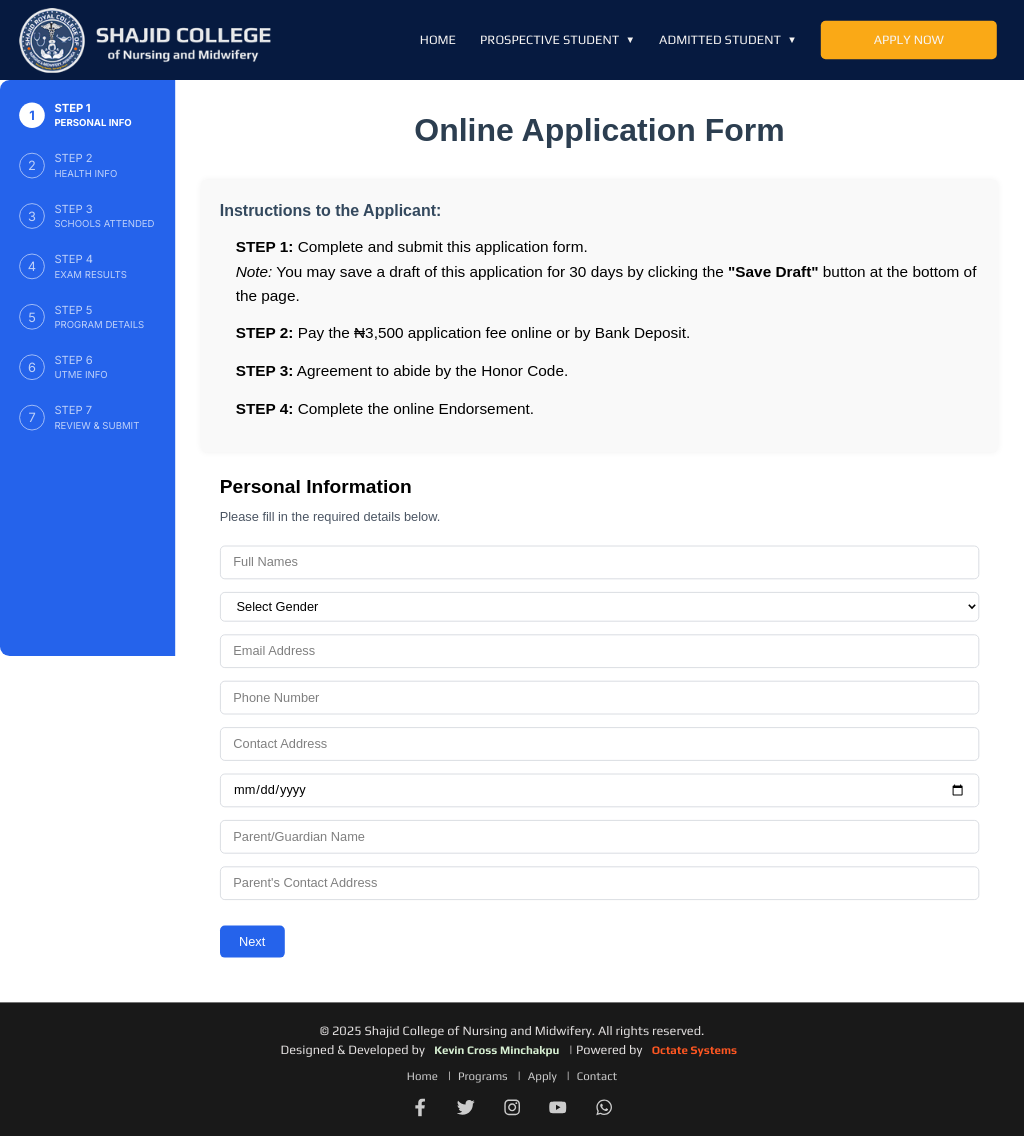
Repository: GlorifiedIntel/shajid-sms
Page: /apply
The author's editor kept a copy of each file at every save. The page is drawn from the files as they stood at one save, then again after the next save.
The browser window is 1280 px wide. The pictures show the whole page, at 80% of full size.
The project was rebuilt for these pictures with package versions that can differ from the ones it lists, and the page was loaded fresh each time. The framework's server and built-in components were replaced by stand-ins that run in the browser. Also part of the build but not shown: next.config.mjs.

Above is the page before, as saved 2025-07-04 12:35:26.

### src/app/layout.js
import { Inter } from 'next/font/google';
import { Play } from 'next/font/google';
import './globals.css';
import Navbar from '@/components/navbar/Navbar';
import Footer from '@/components/footer/Footer';
import '@/icons/fontawesome';


const inter = Inter({ subsets: ['latin'] });

const play = Play({
  subsets: ['latin'],
  weight: ['400', '700'],
  variable: '--font-play',
});

export const metadata = {
  title: 'Shajid College Student Management System',
  description:
    'This is a full-featured, responsive web application built using Next.js for Shajid College of Nursing and Midwifery.',
};

export default function RootLayout({ children }) {
  return (
    <html lang="en">
      <body className={inter.className}>
          <div className="container">
            <Navbar />
            {children}
            <Footer />
          </div>
        </body>
    </html>
  );
}

### src/app/apply/page.js
"use client";

import { FormProvider } from "@/context/FormContext";
import Sidebar from "@/components/Sidebar";
import PersonalInfo from "@/components/steps/PersonalInfo";
import Navbar from "@/components/navbar/Navbar";
import Footer from "@/components/footer/Footer";
import styles from "./applicationform.module.css";

export default function ApplyPage() {
  return (
    <>
      <FormProvider>
        <div className="min-h-screen flex items-start">
          <Sidebar />
          <div className={styles.applicationContainer}>
            <h1 className={styles.pageTitle}>Online Application Form</h1>

            <div className={styles.instructions}>
              <h2 className={styles.instructionsHeading}>Instructions to the Applicant:</h2>
              <ol>
                <li>
                  <strong>STEP 1:</strong> Complete and submit this application form.
                  <br />
                  <em>Note:</em> You may save a draft of this application for 30 days by clicking the{" "}
                  <strong>&quot;Save Draft&quot;</strong> button at the bottom of the page.
                </li>
                <li>
                  <strong>STEP 2:</strong> Pay the &#8358;3,500 application fee online or by Bank Deposit.
                </li>
                <li>
                  <strong>STEP 3:</strong> Agreement to abide by the Honor Code.
                </li>
                <li>
                  <strong>STEP 4:</strong> Complete the online Endorsement.
                </li>
              </ol>
            </div>

            <PersonalInfo />
            {/* Future steps can go here based on current step state */}
          </div>
        </div>
      </FormProvider>
     </>
  );
}

### src/app/globals.css
@import "tailwindcss";

:root {
    --bg: #fdfdff;
    --btn: #2A3D45;
    --primary: #0E103D;
    --secondary: #14453D;
    --delft-blue:#183059;
    --white-smoke:#F6F4F3;
    --indigo-dye: #124E78;
    --cream:#F0F0C9;
    --prussian-blue: #102B3F;
    --midnight-green:#003844;
    --caribbean-current:#006C67;
    --gunmetal:#122C34;
    --navbar-bg: #061A40;
    --jasper: #CD5334;
    --web-orange: #FAA916;
    --font-play: 'Play', sans-serif;
    --text: #333;
    --oxford-blue: #061A40;
    --eerie-blck: #1B1B1E;
    --carmine: #96031A;
}

* {
    margin: 0;
    padding: 0;
    box-sizing: border-box;
}

body {
    margin: 0;
    padding: 0;
}

a {
    color: inherit;
    text-decoration: none;

}

### src/components/navbar/Navbar.jsx
import React from 'react';
import Links from "./links/Links";
import styles from './navbar.module.css';

const Navbar = () => {
  return (
    <div className={styles.container}>
      <div className={styles.logo}>
        <img src="./logo.png" alt="Shajid College Logo" className={styles.logoImage} />
      </div>
      <div>
        <Links />
      </div>
    </div>
  );
};

export default Navbar;

### src/components/footer/Footer.jsx
import {
  FaFacebookF,
  FaTwitter,
  FaInstagram,
  FaYoutube,
  FaWhatsapp,
} from 'react-icons/fa';
import './Footer.css'; // Ensure you have a CSS file for styling

export default function Footer() {
  return (
    <footer className="site-footer">
      <div className="footer-content">
        <p>&copy; {new Date().getFullYear()} Shajid College of Nursing and Midwifery. All rights reserved.</p>

        <p>
  Designed & Developed by{' '}
  <a
    href="https://www.linkedin.com/in/kevin-cross-minchakpu-7897379a"
    target="_blank"
    rel="noopener noreferrer"
    className="kevin-link"
  >
    Kevin Cross Minchakpu
  </a>{' '}
  | Powered by{' '}
  <a
    href="https://octatesystems.github.io/OSNigeria/"
    target="_blank"
    rel="noopener noreferrer"
    className="octate-link"
  >
    Octate Systems
  </a>
</p>

        <nav className="footer-links">
          <a href="/">Home</a> |
          <a href="/programs">Programs</a> |
          <a href="/apply">Apply</a> |
          <a href="/contact">Contact</a>
        </nav>

        <div className="social-icons">
          <a href="https://facebook.com" target="_blank" rel="noopener noreferrer" aria-label="Facebook">
            <FaFacebookF />
          </a>
          <a href="https://twitter.com" target="_blank" rel="noopener noreferrer" aria-label="Twitter">
            <FaTwitter />
          </a>
          <a href="https://instagram.com" target="_blank" rel="noopener noreferrer" aria-label="Instagram">
            <FaInstagram />
          </a>
          <a href="https://youtube.com" target="_blank" rel="noopener noreferrer" aria-label="YouTube">
            <FaYoutube />
          </a>
          <a href="https://wa.me/2348012345678" target="_blank" rel="noopener noreferrer" aria-label="WhatsApp">
            <FaWhatsapp />
          </a>
        </div>
      </div>
    </footer>
  );
}

### src/icons/fontawesome.js
// src/icons/fontawesome.js
import { config } from '@fortawesome/fontawesome-svg-core';
import '@fortawesome/fontawesome-svg-core/styles.css';
config.autoAddCss = false;

### src/context/FormContext.js
"use client";
import { createContext, useContext, useState } from "react";

// Create context
const FormContext = createContext();

// Provider
export const FormProvider = ({ children }) => {
  const [step, setStep] = useState(1);
  const [formData, setFormData] = useState({});

  const next = () => setStep((s) => s + 1);
  const back = () => setStep((s) => s - 1);
  const updateData = (data) => setFormData((prev) => ({ ...prev, ...data }));

  return (
    <FormContext.Provider value={{ step, setStep, next, back, formData, updateData }}>
      {children}
    </FormContext.Provider>
  );
};

// Hook
export const useFormStep = () => useContext(FormContext);

### src/components/Sidebar.jsx
// components/Sidebar.jsx
"use client";
import styles from "./Sidebar.module.css";
import { useFormStep } from "@/context/FormContext";

const steps = [
  "Personal Info",
  "Health Info",
  "Schools Attended",
  "Exam Results",
  "Program Details",
  "UTME Info",
  "Review & Submit",
];

export default function Sidebar() {
  const { step } = useFormStep();

  return (
    <div className={styles.sidebar}>
      {steps.map((label, index) => {
        const isActive = step === index + 1;
        return (
          <div
            key={label}
            className={`${styles.stepItem} ${isActive ? styles.active : ""}`}
          >
            <div
              className={`${styles.stepCircle} ${
                isActive ? styles.active : ""
              }`}
            >
              {index + 1}
            </div>
            <div className={styles.stepText}>
              <div className={styles.stepNumber}>STEP {index + 1}</div>
              <div className={styles.stepLabel}>{label}</div>
            </div>
          </div>
        );
      })}
    </div>
  );
}

### src/components/steps/PersonalInfo.jsx
// components/steps/PersonalInfo.jsx
"use client";
import { useForm } from "react-hook-form";
import { zodResolver } from "@hookform/resolvers/zod";
import { useFormStep } from "@/context/FormContext";
import * as z from "zod";
import styles from "./PersonalInfo.module.css";

// Zod validation schema
const schema = z.object({
  fullName: z.string().min(3, "Full name is required"),
  gender: z.enum(["Male", "Female"], "Gender is required"),
  email: z.string().email("Invalid email address"),
  phone: z.string().min(7, "Phone number is required"),
  address: z.string().min(5, "Contact address is required"),
  dob: z.string().min(1, "Date of birth is required"),
  parentName: z.string().min(3, "Parent/Guardian name is required"),
  parentAddress: z.string().min(5, "Parent's contact address is required"),
});

export default function PersonalInfo() {
  const { updateData, next } = useFormStep();

  const {
    register,
    handleSubmit,
    formState: { errors },
  } = useForm({ resolver: zodResolver(schema) });

  const onSubmit = (data) => {
    updateData(data);
    next();
  };

  return (
    <form onSubmit={handleSubmit(onSubmit)} className={styles.form}>
      <h2 className={styles.heading}>Personal Information</h2>
      <p className={styles.subtext}>
        Please fill in the required details below.
      </p>

      <input {...register("fullName")} placeholder="Full Names" className={styles.input} />
      {errors.fullName && <p className={styles.error}>{errors.fullName.message}</p>}

      <select {...register("gender")} className={styles.input}>
        <option value="">Select Gender</option>
        <option value="Male">Male</option>
        <option value="Female">Female</option>
      </select>
      {errors.gender && <p className={styles.error}>{errors.gender.message}</p>}

      <input {...register("email")} placeholder="Email Address" className={styles.input} />
      {errors.email && <p className={styles.error}>{errors.email.message}</p>}

      <input {...register("phone")} placeholder="Phone Number" className={styles.input} />
      {errors.phone && <p className={styles.error}>{errors.phone.message}</p>}

      <input {...register("address")} placeholder="Contact Address" className={styles.input} />
      {errors.address && <p className={styles.error}>{errors.address.message}</p>}

      <input {...register("dob")} type="date" className={styles.input} />
      {errors.dob && <p className={styles.error}>{errors.dob.message}</p>}

      <input {...register("parentName")} placeholder="Parent/Guardian Name" className={styles.input} />
      {errors.parentName && <p className={styles.error}>{errors.parentName.message}</p>}

      <input {...register("parentAddress")} placeholder="Parent's Contact Address" className={styles.input} />
      {errors.parentAddress && <p className={styles.error}>{errors.parentAddress.message}</p>}

      <button type="submit" className={styles.button}>
        Next
      </button>
    </form>
  );
}

### src/app/apply/applicationform.module.css
.applicationContainer {
  padding: 2rem;
  width: 100vw;
  margin: 0 auto;
  font-family: Arial, sans-serif;
}

.instructions {
  background-color: #f9f9f9;
  padding: 1.5rem;
  border-radius: 8px;
  margin-top: 1rem;
  box-shadow: 0 0 8px rgba(0, 0, 0, 0.05);
}

.instructions h2 {
  margin-bottom: 1rem;
  font-size: 1.25rem;
}

.instructions ol {
  padding-left: 1.25rem;
}

.instructions li {
  margin-bottom: 1rem;
  line-height: 1.6;
  font-size: 1.2rem;
}

.pageTitle {
  font-size: 2.5rem;
  font-weight: bold;
  text-align: center;
  margin-bottom: 2rem;
  color: #2c3e50;
}

.instructionsHeading {
  font-size: 1.5rem;
  font-weight: 600;
  color: #34495e;
  margin-bottom: 1rem;
}

### src/components/navbar/links/Links.jsx
'use client';

import styles from './links.module.css';
import NavLink from './navLink/navLink';

const Links = () => {
  const links = [
    { title: 'HOME', path: '/' },
    {
      title: 'PROSPECTIVE STUDENT',
      path: '/auth/prospective-student',
      children: [
        { title: 'Check My Eligibility', path: '/auth/prospective-student/eligibility' },
        { title: 'Prospective Student Info', path: '/auth/prospective-student/info' },
        { title: 'Fees & Financial Assistance', path: '/auth/prospective-student/fees' },
        { title: 'Graduation Requirements', path: '/auth/prospective-student/graduation' },
        { title: 'Apply Now', path: '/apply' },
        { title: 'Advising & Support', path: '/auth/prospective-student/advising' },
        { title: 'FAQ', path: '/auth/prospective-student/faq' },
      ],
    },
    {
      title: 'ADMITTED STUDENT',
      path: '/auth/admitted-student',
      children: [
        { title: 'Admitted Student Info', path: '/auth/admitted-student/info' },
        { title: 'Fees & Financial Assistance', path: '/auth/admitted-student/fees' },
        { title: 'Advising & Support', path: '/auth/admitted-student/advising' },
        { title: 'Facebook Group 🔗', path: 'https://facebook.com/groups/yourgroup', external: true },
      ],
    },
    { title: 'APPLY NOW', path: '/apply' },
  ];

  return (
    <div className={styles.links}>
      {links.map((link) => (
        <NavLink item={link} key={link.title} />
      ))}
    </div>
  );
};

export default Links;

### src/components/navbar/navbar.module.css
.container {
    background-color: var(--navbar-bg);
    height: 100px;
    display: flex;
    align-items: center;
    justify-content: space-between;
    padding: 1.5rem;
    margin: auto;
    height: 100px;
    width: 100vw;
}



.logoImage {
  height: 81px;
  width: 314px;
}


.fontlight {
    font-size: 30px;
    font-family: "Play", sans-serif;
    font-weight: 400;
    font-style: normal;
    color: var(--white-smoke);

}

### src/components/footer/Footer.css


/* Footer styles */
.site-footer {
  background-color: #191919;
  color: #e2dfdf;
  padding: 1.5rem 0;
  text-align: center;
  font-family: var(--font-play);
  margin: auto;
  width: 100vw;

}

.footer-content {
  max-width: 1000px;
  margin: auto;
  padding: 0 1rem;
}

.footer-content nav {
  margin-top: 0.5rem;
}

.footer-content a {
  color: #ccc;
  margin: 0 0.5rem;
  text-decoration: none;
  font-size: 0.9rem;
}

.footer-content a:hover {
  color: #fff;
  text-decoration: underline;
}

.social-icons {
    display: flex !important;
    justify-content: center;
    align-items: center;
    gap: 15px;
    margin-top: 1rem;
}

.social-icons a {
  margin: 0 10px;
  font-size: 1.4rem;
  transition: transform 0.3s ease;
}

.social-icons a:hover {
  transform: scale(1.2);
}

/* Optional: Platform-specific hover colors */
.social-icons a:nth-child(1):hover { color: #1877f2; }  /* Facebook */
.social-icons a:nth-child(2):hover { color: #1da1f2; }  /* Twitter */
.social-icons a:nth-child(3):hover { color: #e1306c; }  /* Instagram */
.social-icons a:nth-child(4):hover { color: #ff0000; }  /* YouTube */
.social-icons a:nth-child(5):hover { color: #25d366; }  /* WhatsApp */

.highlight {
  color: #f3ba00;
  font-weight: bold;
  text-decoration: none;
}

.highlight:hover {
  text-decoration: underline;
}

.footer-content a.kevin-link {
  color: #d8f0d3;
  font-weight: 600;
  text-decoration: none;
}

.footer-content a.kevin-link:hover {
  color: #f0cf15;
  text-decoration: underline;
}

.footer-content a.octate-link {
  color: #ff5722;
  font-weight: 600;
  text-decoration: none;
}

.footer-content a.octate-link:hover {
  color: #2791bb;
  text-decoration: underline;
}

### src/components/Sidebar.module.css
/* Sidebar.module.css */
.sidebar {
  background-color: #2563eb; /* blue-600 */
  color: white;
  padding: 1.5rem;
  width: 16rem;
  min-height: 100vh;
  border-top-left-radius: 0.75rem;
  border-bottom-left-radius: 0.75rem;
}

.stepItem {
  margin-bottom: 1.5rem;
  display: flex;
  align-items: center;
  gap: 0.75rem;
  opacity: 0.7;
  transition: all 0.2s ease-in-out;
}

.stepItem.active {
  font-weight: bold;
  opacity: 1;
}

.stepCircle {
  width: 2rem;
  height: 2rem;
  border-radius: 9999px;
  border: 1px solid white;
  display: flex;
  align-items: center;
  justify-content: center;
}

.stepCircle.active {
  background-color: white;
  color: #2563eb;
  border: none;
}

.stepText {
  display: flex;
  flex-direction: column;
}

.stepText .stepNumber {
  font-size: 0.875rem;
}

.stepText .stepLabel {
  font-size: 0.75rem;
  text-transform: uppercase;
}

### src/components/steps/PersonalInfo.module.css
/* PersonalInfo.module.css */
.form {
  padding: 1.5rem;
}

.heading {
  font-size: 1.5rem;
  font-weight: bold;
  margin-bottom: 0.5rem;
}

.subtext {
  color: #4b5563; /* text-gray-600 */
  margin-bottom: 1.5rem;
}

.input {
  width: 100%;
  padding: 0.5rem 1rem;
  border: 1px solid #d1d5db; /* gray-300 */
  border-radius: 0.375rem;
  margin-bottom: 1rem;
  font-size: 1rem;
}

.input:focus {
  outline: none;
  border-color: #2563eb;
  box-shadow: 0 0 0 1px #2563eb;
}

.button {
  background-color: #2563eb;
  color: white;
  padding: 0.5rem 1.5rem;
  border-radius: 0.375rem;
  font-weight: 500;
  border: none;
  cursor: pointer;
  margin-top: 1rem;
}

.button:hover {
  background-color: #1e40af;
}

.error {
  color: #dc2626; /* red-600 */
  font-size: 0.875rem;
  margin-top: -0.75rem;
  margin-bottom: 0.75rem;
}

### src/components/navbar/links/links.module.css
.links {
    display: flex;
    align-items: center;
    gap: 10px;
    font-family: var(--font-play);
    font-weight: 400;
    font-style: normal;
    color: var(--white-smoke);
    width: 100%;
    text-decoration: none;
}

### src/components/navbar/links/navLink/navLink.jsx
'use client';

import Link from 'next/link';
import { useState } from 'react';
import { usePathname } from 'next/navigation';
import styles from './navLink.module.css';

const NavLink = ({ item }) => {
  const pathname = usePathname();
  const [isOpen, setIsOpen] = useState(false);

  const isActive = pathname === item.path;

  const handleToggle = () => {
    setIsOpen((prev) => !prev);
  };

  const handleClose = () => {
    setIsOpen(false);
  };

  return (
    <div
      className={styles.navItem}
      onMouseEnter={() => setIsOpen(true)}
      onMouseLeave={() => setIsOpen(false)}
    >
      <div className={styles.mainLinkWrapper} onClick={item.children ? handleToggle : undefined}>
        <Link
          href={item.path}
          className={`${styles.mainLink} ${isActive ? styles.active : ''}`}
        >
          {item.title}
        </Link>
        {item.children && (
          <span className={styles.arrow}>{isOpen ? '▲' : '▼'}</span>
        )}
      </div>

      {item.children && isOpen && (
        <div className={styles.dropdown}>
          {item.children.map((child) => {
            const isChildActive = pathname === child.path;
            return child.external ? (
              <a
                key={child.title}
                href={child.path}
                target="_blank"
                rel="noopener noreferrer"
                className={styles.dropdownLink}
                onClick={handleClose}
              >
                {child.title}
              </a>
            ) : (
              <Link
                key={child.title}
                href={child.path}
                className={`${styles.dropdownLink} ${isChildActive ? styles.active : ''}`}
                onClick={handleClose}
              >
                {child.title}
              </Link>
            );
          })}
        </div>
      )}
    </div>
  );
};

export default NavLink;

### src/components/navbar/links/navLink/navLink.module.css

.active {
    background-color: var(--web-orange);
    color: black;
    padding: 12px 12px;
    width: 220px;
    display: inline-block;
    border-radius: 6px;
    text-align: center;
}

.navItem {
  position: relative;
  display: inline-block;
}

.mainLinkWrapper {
  display: flex;
  align-items: center;
  justify-content: space-between;
  cursor: pointer;
  padding: 10px;
}

.mainLink {
  text-decoration: none;
  color: var(--white-smoke);

}

.arrow {
  margin-left: 8px;
  font-size: 12px;
}

.dropdown {
  position: absolute;
  top: 100%;
  left: 0;
  background-color: white;
  border: 1px solid #ddd;
  box-shadow: 0px 4px 8px rgba(0,0,0,0.1);
  z-index: 1000;
  min-width: 230px;
}

.dropdownLink {
  display: block;
  padding: 10px 15px;
  color: #333;
  text-decoration: none;
  transition: background-color 0.2s;
}

.dropdownLink:hover {
  background-color: #f5f5f5;
}

/* Optional: Responsive tweaks for better mobile support */
@media (max-width: 768px) {
  .dropdown {
    position: static;
    box-shadow: none;
    border: none;
  }

  .navItem {
    display: block;
  }

  .mainLinkWrapper {
    justify-content: flex-start;
  }

  .arrow {
    margin-left: auto;
  }
}

After the next save:
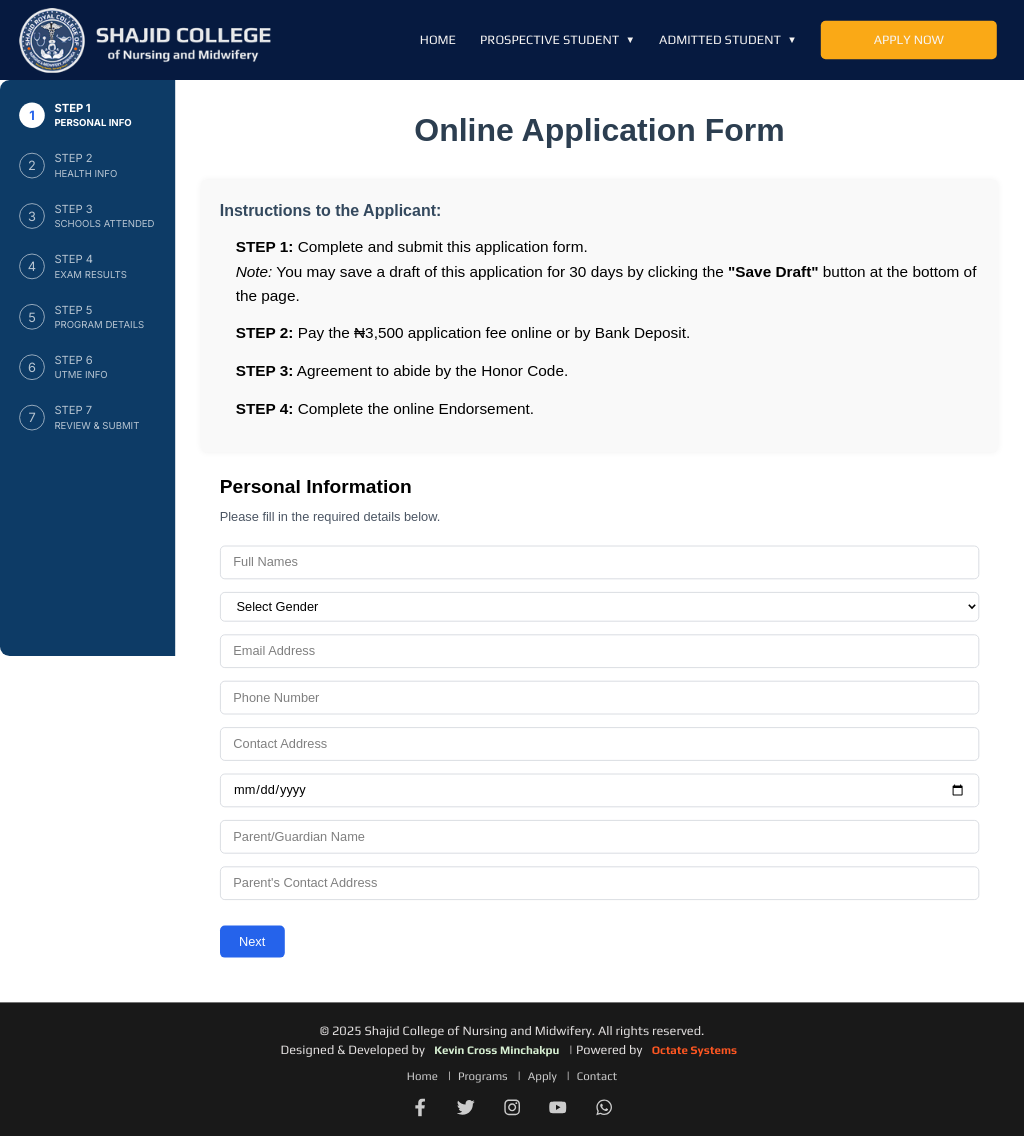
Saved 2 min 24 s later.
--- a/src/components/Sidebar.module.css
+++ b/src/components/Sidebar.module.css
@@ -1,6 +1,6 @@
 /* Sidebar.module.css */
 .sidebar {
-  background-color: #2563eb; /* blue-600 */
+  background-color: #0D3B66; /* blue-600 */
   color: white;
   padding: 1.5rem;
   width: 16rem;
